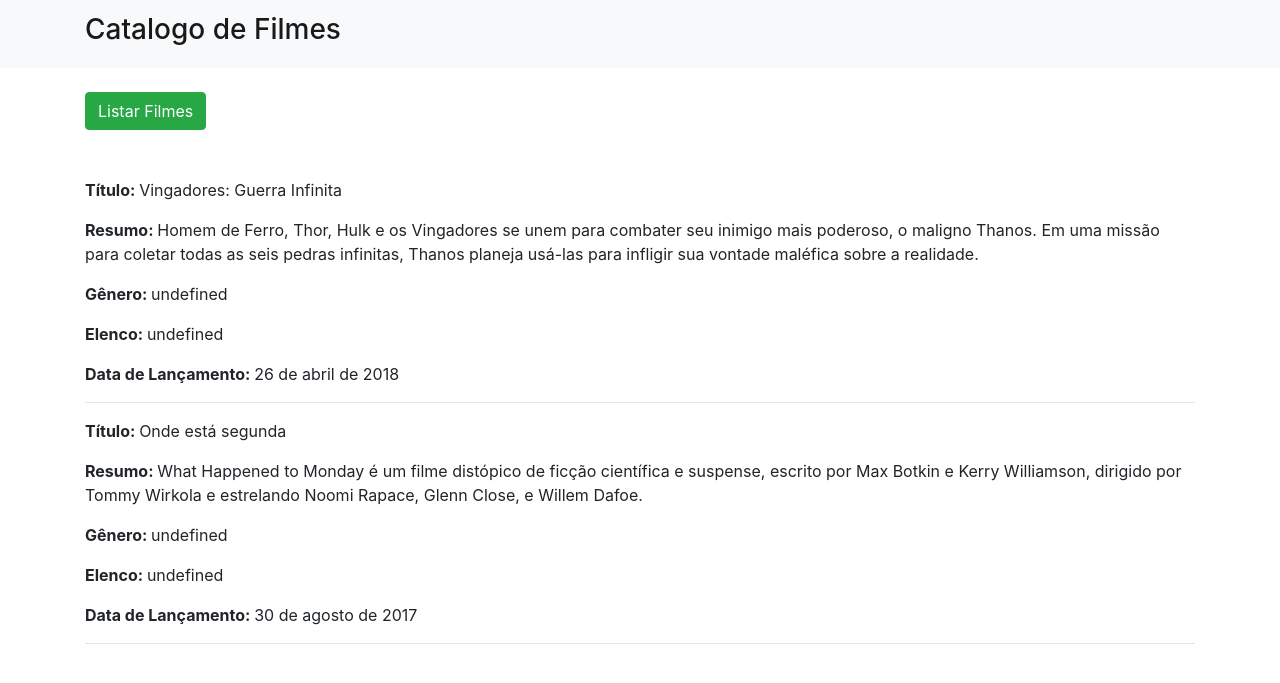
Repository: FredeRibeiro/htdocs-Desenvolvimento-Web-Completo-2019
Page: ajax/filmes.html
The author's editor kept a copy of each file at every save. The page is drawn from the files as they stood at one save, then again after the next save.
The browser window is 1280 px wide. The pictures show the whole page.
After loading, the first visible `button.btn` was clicked once.

Above is the page before, as saved 2019-10-16 13:49:14.

### ajax/filmes.html
<!DOCTYPE html>
<html lang="en">
<head>
	<meta charset="UTF-8">
	<meta name="viewport" content="width=device-width, initial-scale=1.0">
	<meta http-equiv="X-UA-Compatible" content="ie=edge">

	<link rel="stylesheet" href="https://stackpath.bootstrapcdn.com/bootstrap/4.1.3/css/bootstrap.min.css"
		integrity="sha384-MCw98/SFnGE8fJT3GXwEOngsV7Zt27NXFoaoApmYm81iuXoPkFOJwJ8ERdknLPMO" crossorigin="anonymous">

		<script src="xmltojson.js"></script>

		<script>
			function getFilmes() {

				let xmlHttp = new XMLHttpRequest();

				xmlHttp.open('GET', 'http://localhost/ajax/filmes.xml');

				xmlHttp.onreadystatechange = () => {
					if (xmlHttp.readyState == 4 && xmlHttp.status == 200) {
						let XMLFilmes = xmlHttp.responseText

						let parser = new DOMParser();

						domFilmes = parser.parseFromString(XMLFilmes, 'text/xml');

						jsonFilmes = xmlToJson(domFilmes)

						console.log(jsonFilmes);


						for(let i in jsonFilmes['filmes']['filme']){

							let item = jsonFilmes['filmes']['filme'][i];

							let divRow = document.createElement('div')
							divRow.className = 'row'

							let divCol = document.createElement('div')
								divCol.className = 'col'

							let p1 = document.createElement('p')
								p1.innerHTML = '<strong> Título: </strong>' + item['titulo']['#text'] ;
							let p2 = document.createElement('p')
								p2.innerHTML = '<strong> Resumo: </strong>'  + item['resumo']['#text'] ;


							let p3 = document.createElement('p')
								p3.innerHTML = '<strong> Gênero: </strong>'  + item['genero']['#text'] ;
							let p4 = document.createElement('p')
								p4.innerHTML = '<strong> Elenco: </strong>'  + item['elenco']['ator']['#text'] ;
							let p5 = document.createElement('p')
								p5.innerHTML = '<strong> Data de Lançamento: </strong>'  + item['dataLancamento']['#text'] ;

							let hr = document.createElement('hr');

								divRow.appendChild(divCol);
								divCol.appendChild(p1);
								divCol.appendChild(p2);
								divCol.appendChild(p3);
								divCol.appendChild(p4);
								divCol.appendChild(p5);
								divCol.appendChild(hr);


							document.getElementById('lista').appendChild(divRow)

						}
					}

					if (xmlHttp.readyState == 4 && xmlHttp.status == 404) {
						//..
					}
				}

				xmlHttp.send();

			}
		</script>


	<title>Catalogo de Filmes</title>


</head>
<body>
	<nav class="navbar navbar-light bg-light mb-4">
		<div class="container">
			<div class="navbar-brand mb-0 h1">
				<h3>Catalogo de Filmes</h3>
			</div>
		</div>
	</nav>

	<div class="container" id="lista">
		<div class="row mb-5">
			<div class="col">
				<button class="btn btn-success" type="button" onclick="getFilmes()">Listar Filmes</button>
			</div>
		</div>
	</div>
</body>
</html>

### ajax/xmltojson.js
function xmlToJson(xml) {


    var obj = {}, i, j, attribute, item, nodeName, old;

    if (xml.nodeType === 1) { // element
        // do attributes
        if (xml.attributes.length > 0) {
            obj["@attributes"] = {};
            for (j = 0; j < xml.attributes.length; j = j + 1) {
                attribute = xml.attributes.item(j);
                obj["@attributes"][attribute.nodeName] = attribute.nodeValue;
            }
        }
    } else if (xml.nodeType === 3) { // text
        obj = xml.nodeValue.trim();
    }

    // do children
    if (xml.hasChildNodes()) {
        for (i = 0; i < xml.childNodes.length; i = i + 1) {
            item = xml.childNodes.item(i);
            nodeName = item.nodeName;
            if ((obj[nodeName]) === undefined) {
                obj[nodeName] = xmlToJson(item);
            } else {
                if ((obj[nodeName].push) === undefined) {
                    old = obj[nodeName];
                    obj[nodeName] = [];
                    obj[nodeName].push(old);
                }
                obj[nodeName].push(xmlToJson(item));
            }
        }
    }
    return obj;
};

After the next save:
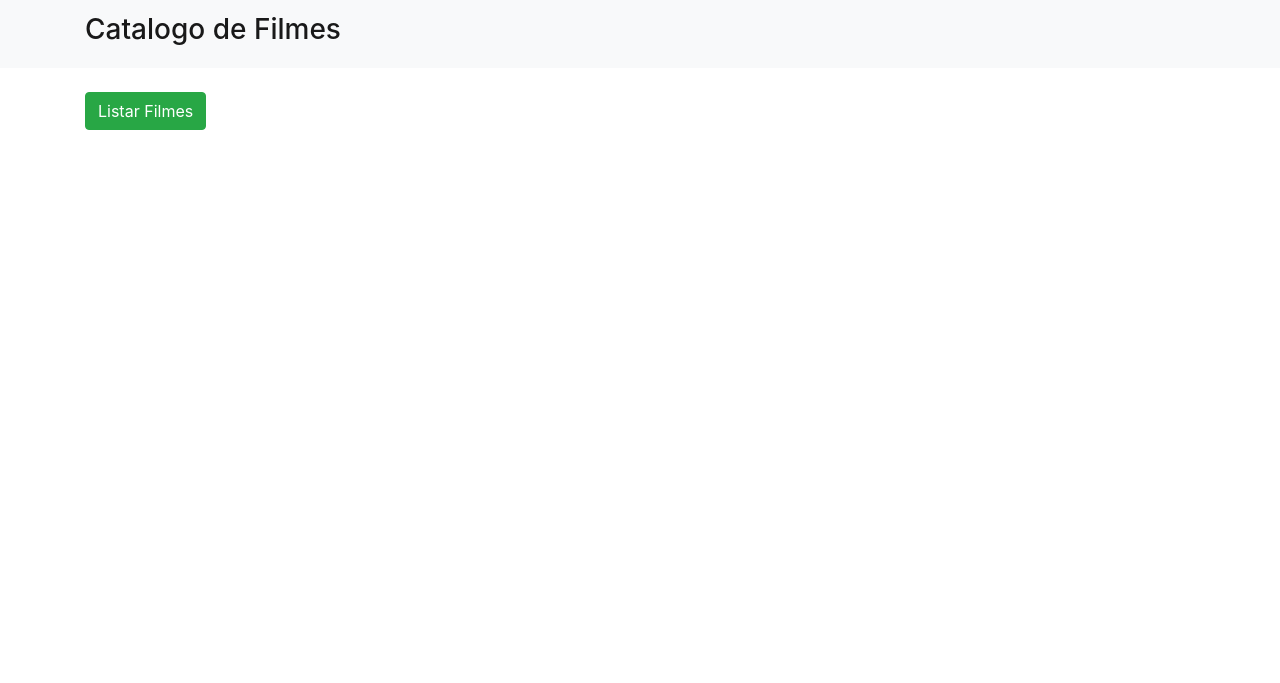
Console error: SyntaxError: missing ) after argument list
Saved 26 min 56 s later.
--- a/ajax/filmes.html
+++ b/ajax/filmes.html
@@ -45,6 +45,11 @@
 							let p2 = document.createElement('p')
 								p2.innerHTML = '<strong> Resumo: </strong>'  + item['resumo']['#text'] ;
 
+								let genero  = ''
+								for(let g in intem.genero){
+									console.log(item.genero[g];
+
+								}
 
 							let p3 = document.createElement('p')
 								p3.innerHTML = '<strong> Gênero: </strong>'  + item['genero']['#text'] ;

After the 3 saves that followed:
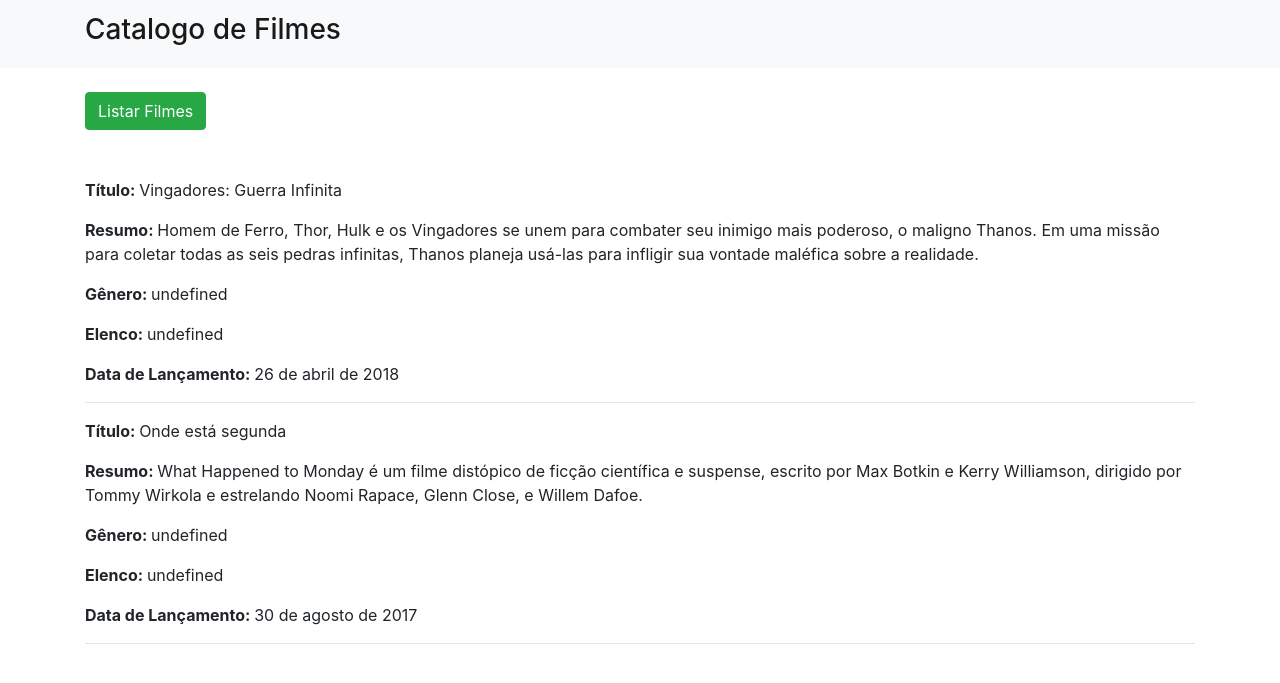
The error is gone.
The 3 saves are shown as one change because 2 left the picture as it was.
The last was saved 48 s later.
--- a/ajax/filmes.html
+++ b/ajax/filmes.html
@@ -46,9 +46,9 @@
 								p2.innerHTML = '<strong> Resumo: </strong>'  + item['resumo']['#text'] ;
 
 								let genero  = ''
-								for(let g in intem.genero){
-									console.log(item.genero[g];
+								for(let g in item.genero){
 
+									console.log(item.genero[g]);
 								}
 
 							let p3 = document.createElement('p')
